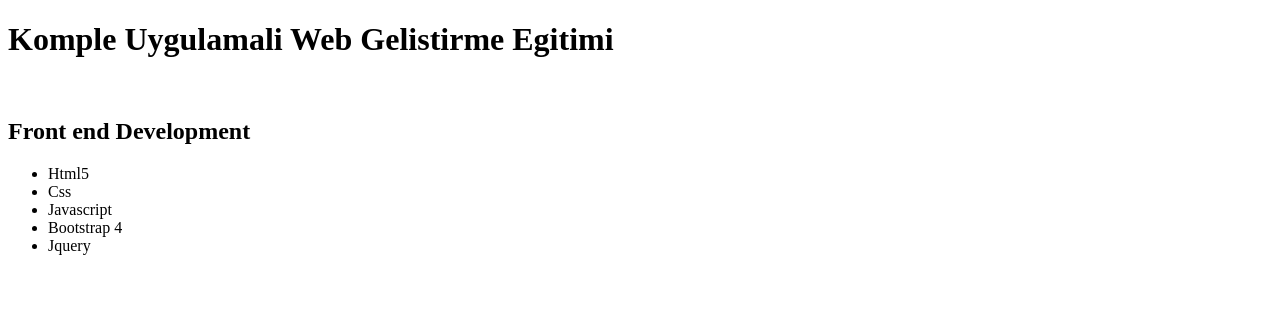
Repository: sammkrt/git101
Page: html-css-TrainingMyself/index.html
An editor plug-in stored every save of this project. The page is shown before and after the next save, followed by the edit.
The browser window is 1280 px wide. The pictures show the whole page.

Above is the page before, as saved 2022-12-22 11:23:29.

### html-css-TrainingMyself/index.html
<!DOCTYPE html>
<html lang="en">
<head>
    <meta charset="UTF-8">
    <meta http-equiv="X-UA-Compatible" content="IE=edge">
    <meta name="viewport" content="width=device-width, initial-scale=1.0">
    <title>Document</title>
</head>
<body>
<h1>Komple Uygulamali Web Gelistirme Egitimi</h1><br>
<h2>Front end Development</h2>
<ul>
    <li>Html5</li>
    <li>Css</li>
    <li>Javascript</li>
    <li>Bootstrap 4</li>
    <li>Jquery</li>
</ul>




</body>
</html>

After the next save:
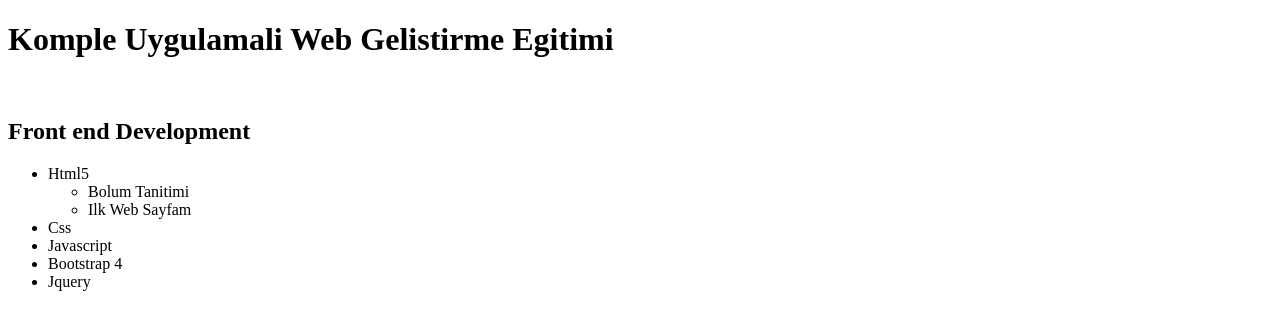
Saved 60 s later.
--- a/html-css-TrainingMyself/index.html
+++ b/html-css-TrainingMyself/index.html
@@ -11,6 +11,10 @@
 <h2>Front end Development</h2>
 <ul>
     <li>Html5</li>
+        <ul>
+            <li>Bolum Tanitimi</li>
+            <li>Ilk Web Sayfam</li>
+        </ul>
     <li>Css</li>
     <li>Javascript</li>
     <li>Bootstrap 4</li>
